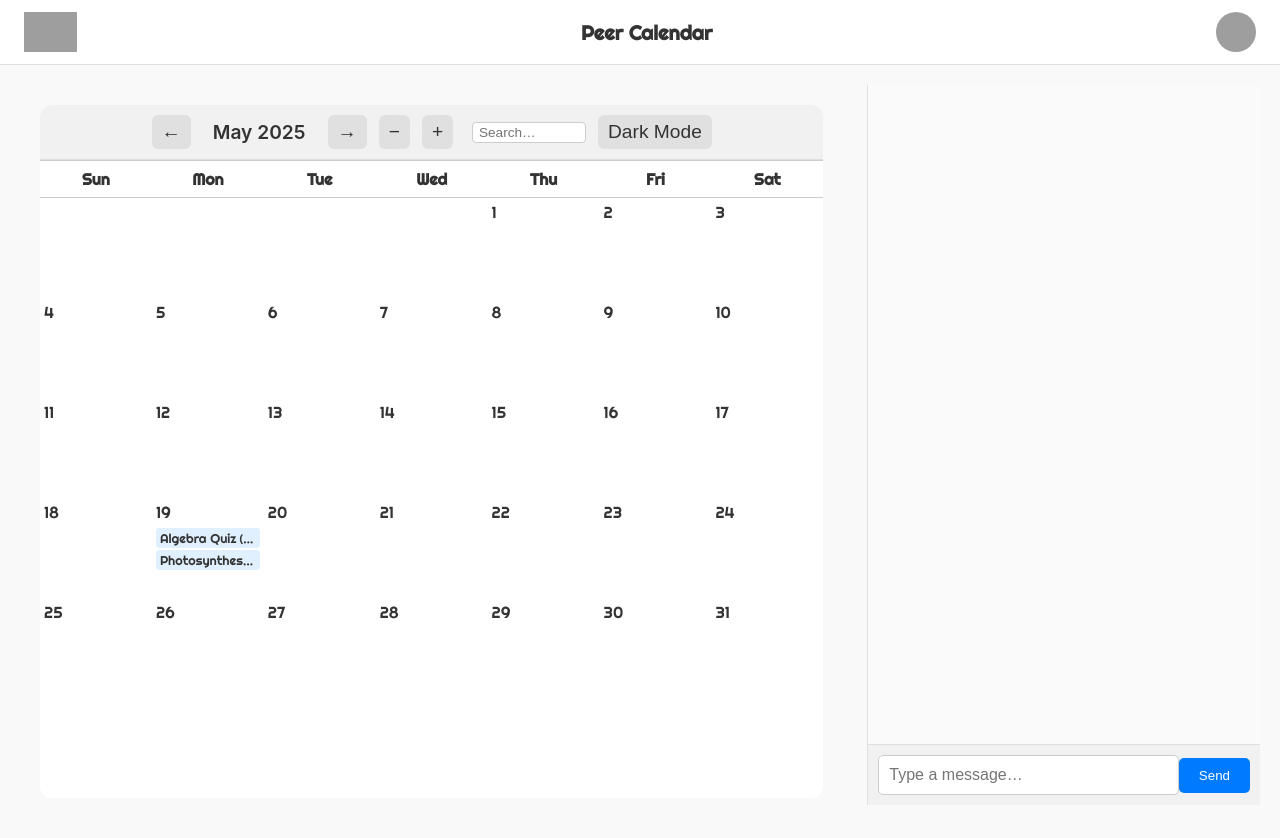
Repository: saifg123/Peer
Page: app.html
These files come from the project's save history. The page is drawn as it stood at one moment and after the next save; the edit follows.
The browser window is 1280 px wide. The pictures show the whole page.
Pictures or frames that could not be fetched are drawn as grey boxes.

Above is the page before, as saved 2025-05-20 19:52:42.

After the next save:
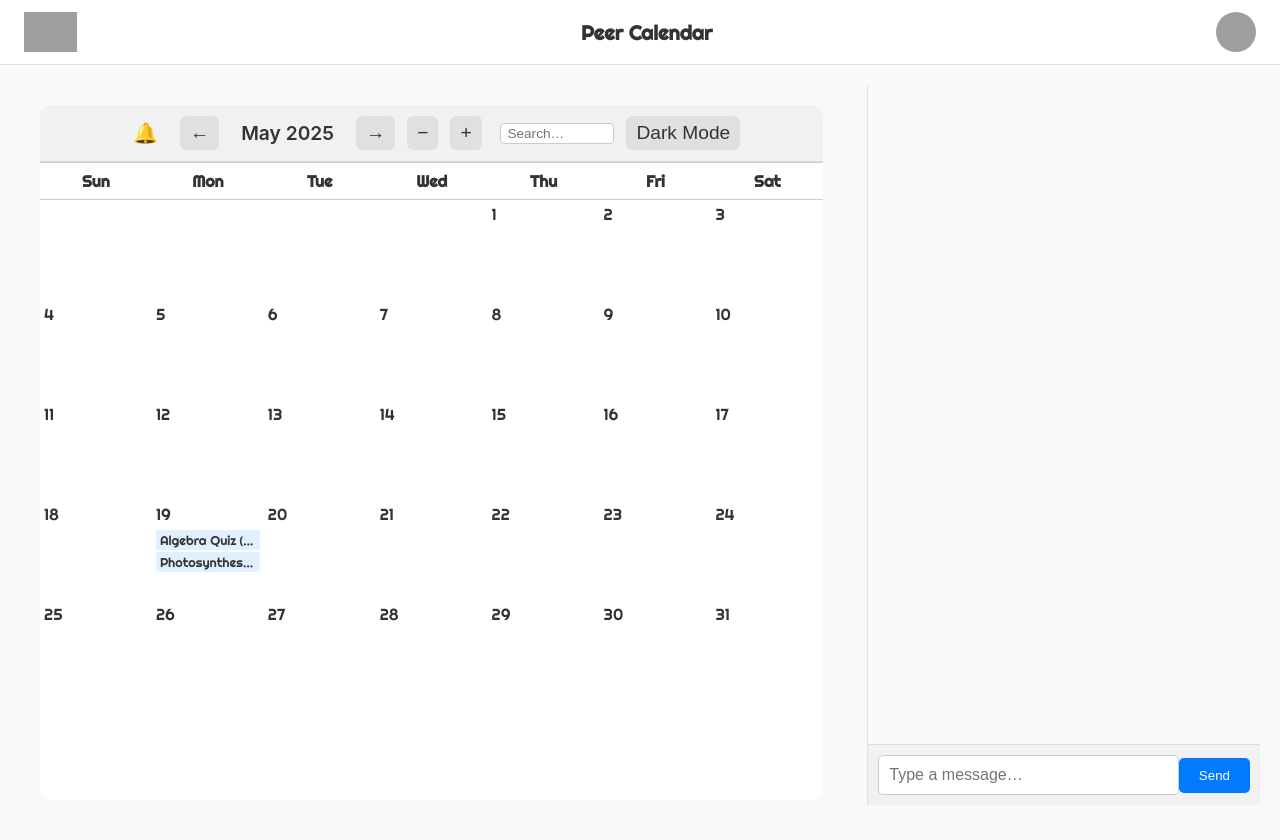
Saved 3 min 28 s later.
--- a/app.html
+++ b/app.html
@@ -180,6 +180,9 @@
     <!-- Calendar Panel -->
     <div class="calendar-app">
       <div id="calendar-controls">
+        <button type="button" id="notification-btn" title="Notifications" style="background:none;border:none;cursor:pointer;">
+          <span style="font-size: 20px;">🔔</span>
+        </button>
         <button type="button" id="prev">&larr;</button>
         <div id="view-label">Month</div>
         <button type="button" id="next">&rarr;</button>
@@ -188,6 +191,30 @@
         <input id="event-search" placeholder="Search…" />
         <button type="button" id="toggle-dark-mode">Dark Mode</button>
       </div>
+      <div id="notification-center" style="display:none; position:absolute; left:30px; top:70px; width:300px; background:#fff; border:1px solid #ccc; border-radius:8px; box-shadow:0 2px 8px rgba(0,0,0,0.15); z-index:200;">
+        <div style="display:flex; justify-content:space-between; align-items:center; padding:10px 16px; border-bottom:1px solid #eee;">
+          <span style="font-weight:bold;">Notifications</span>
+          <button type="button" id="close-notification-center" style="background:none;border:none;font-size:18px;cursor:pointer;">&times;</button>
+        </div>
+        <div style="padding:16px; color:#666;">No notifications.</div>
+      </div>
+      <script>
+        const notifBtn = document.getElementById('notification-btn');
+        const notifCenter = document.getElementById('notification-center');
+        const notifClose = document.getElementById('close-notification-center');
+        notifBtn.addEventListener('click', () => {
+          notifCenter.style.display = notifCenter.style.display === 'none' ? 'block' : 'none';
+        });
+        notifClose.addEventListener('click', () => {
+          notifCenter.style.display = 'none';
+        });
+        // Optional: close notification center if clicking outside
+        document.addEventListener('mousedown', (e) => {
+          if (notifCenter.style.display === 'block' && !notifCenter.contains(e.target) && e.target !== notifBtn) {
+        notifCenter.style.display = 'none';
+          }
+        });
+      </script>
       <div id="calendar-view"></div>
       <div id="calendar"></div>
     </div>
